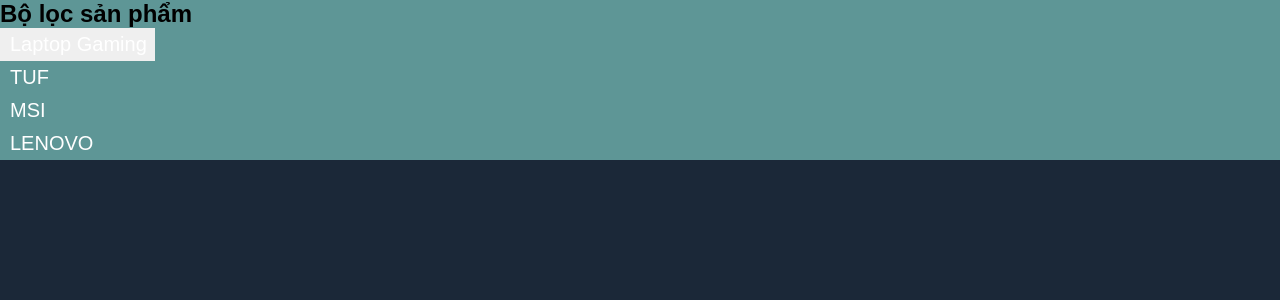
Repository: HPNChanel/DACS
Page: product.html
An editor plug-in stored every save of this project. The page is shown before and after a run of saves, followed by the edit.
The browser window is 1280 px wide. The pictures show the whole page.

Above is the page before, as saved 2023-04-11 17:29:39.

After the next 3 saves:
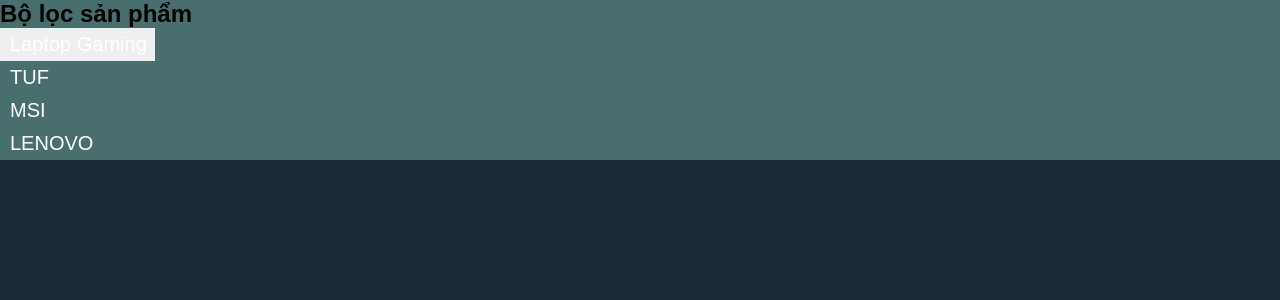
The 3 saves are shown as one change because they came seconds apart.
The last was saved 9 s later.
--- a/style/product.css
+++ b/style/product.css
@@ -17,7 +17,7 @@ body {
     background-color: #1b2838;
 }
 .sidebar {
-    background-color: #5e9696;
+    background-color: #486e6e;
 }
 .sidebar a,
 .dropdown-btn {
